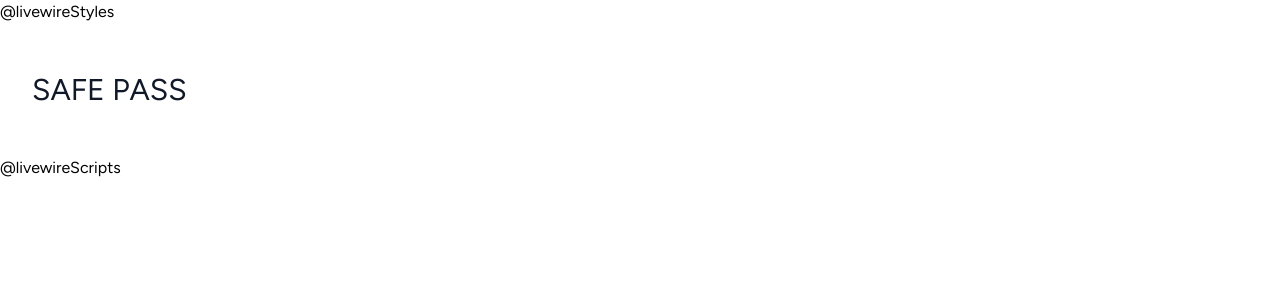
Repository: armendzz/safepass
Page: http://localhost/
These files come from the project's save history. The page is drawn as it stood at one moment and after the next save; the edit follows.
The browser window is 1280 px wide. The pictures show the whole page.
The page is served by the project's Laravel application, run on PHP 8.4 with Laravel 12. Other server files are loaded and not shown. Style sheets and scripts are compiled from the project's sources, by tool versions that may differ from the author's.

Above is the page before, as saved 2024-11-05 16:41:56.

### routes/web.php
<?php

use Illuminate\Support\Facades\Route;

Route::get('/', [App\Http\Controllers\HomeController::class, 'index'])->name('home.index');

Route::middleware([
    'auth:sanctum',
    config('jetstream.auth_session'),
    'verified',
])->group(function () {
    Route::get('/dashboard', function () {
        return view('dashboard');
    })->name('dashboard');
});

### resources/views/home.blade.php
<x-guest-layout>
    <x-slot name="header">
        <h2 class="font-semibold text-xl text-gray-800 leading-tight">
            {{ __('Dashboard') }}
        </h2>
    </x-slot>

    <div class="py-12">
        <div class="max-w-7xl mx-auto sm:px-6 lg:px-8">
           <h1 class="text-3xl">SAFE PASS</h1>
        </div>
    </div>
</x-guest-layout>

Loaded but not shown: app/Http/Controllers/HomeController.php (common file); app/Http/Controllers/Controller.php (common file); app/View/Components/GuestLayout.php (common file); resources/views/layouts/guest.blade.php (common file); resources/css/app.css (common file); tailwind.config.js (common file)

After the next save:
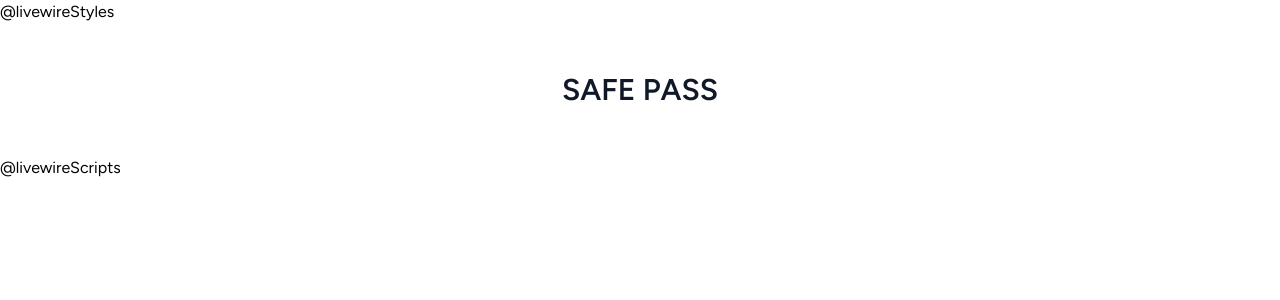
Saved 40 s later.
--- a/resources/views/home.blade.php
+++ b/resources/views/home.blade.php
@@ -7,7 +7,7 @@
 
     <div class="py-12">
         <div class="max-w-7xl mx-auto sm:px-6 lg:px-8">
-           <h1 class="text-3xl">SAFE PASS</h1>
+           <h1 class="text-3xl font-bold text-center">SAFE PASS</h1>
         </div>
     </div>
 </x-guest-layout>
